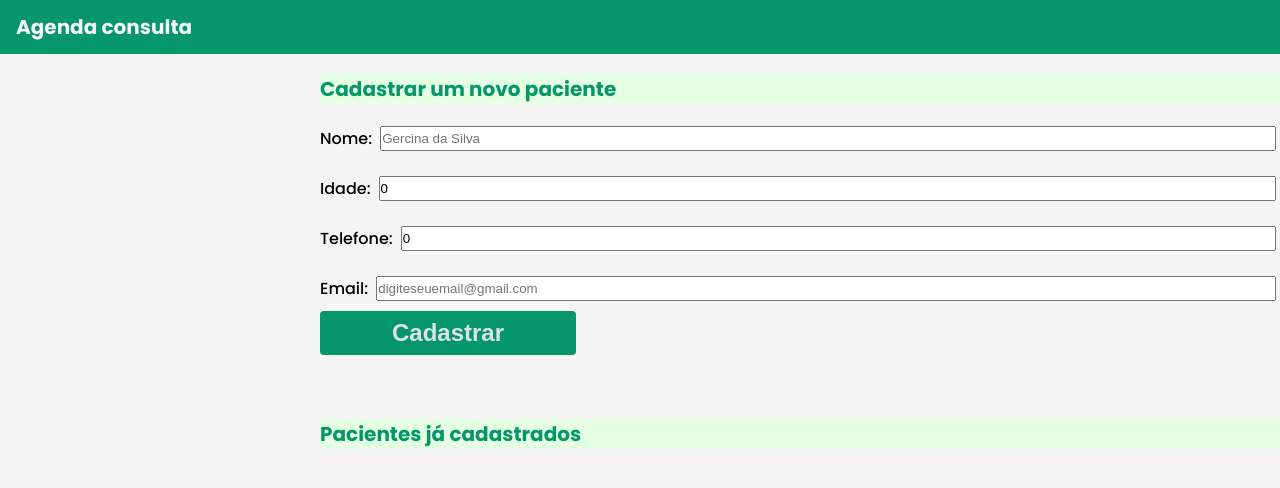
Repository: BarbaraCD/agendaconsulta
Page: /
An editor plug-in stored every save of this project. The page is shown before and after the next save, followed by the edit.
The browser window is 1280 px wide. The pictures show the whole page.
The page's requests for data from a server got no answer. The project was rebuilt for these pictures with package versions that can differ from the ones it lists, and the page was loaded fresh each time. No one was signed in, and anything a server would have sent is missing. Also part of the build but not shown: vite.config.ts, src/styles/StyleList.ts, src/components/Patients.tsx.

Above is the page before, as saved 2023-07-31 09:24:48.

### index.html
<!DOCTYPE html>
<html lang="en">
  <head>
    <meta charset="UTF-8" />
    <link rel="icon" type="image/svg+xml" href="/vite.svg" />
    <meta name="viewport" content="width=device-width, initial-scale=1.0" />

    <link rel="preconnect" href="https://fonts.googleapis.com">
    <link rel="preconnect" href="https://fonts.gstatic.com" crossorigin>
    <link href="https://fonts.googleapis.com/css2?family=Poppins:wght@400;500;700&display=swap" rel="stylesheet">

    <title>Agendamento de Consulta</title>
  </head>
  <body>
    <div id="root"></div>
    <script type="module" src="/src/main.tsx"></script>
  </body>
</html>

### src/main.tsx
import React from 'react'
import ReactDOM from 'react-dom/client'
import App from './App.tsx'
import { ThemeProvider } from 'styled-components'
import { theme } from './styles/Theme.ts'

ReactDOM.createRoot(document.getElementById('root')!).render(
  <React.StrictMode>
    <ThemeProvider theme={theme}>
      <App />
    </ThemeProvider>
  </React.StrictMode>,
)

### src/App.tsx
import './styles/global'
import { Header } from './components/Header'
import GlobalStyle from './styles/global'
import { CreatePatient } from './components/CreatePatient'

function App() {

  return (
    <>
      <GlobalStyle />
      <Header />
      {/* <Sidebar /> */}
      {/* <CreateDoctor/> */}
      <CreatePatient />

    </>
  )
}

export default App

### src/styles/Theme.ts

export const theme = {
  colors: {
    primary: '#059669',
    head: '#059669B3',
    900: '#6A8D73',
    800: '#AFC5A6',
    700: '#F4FDD9',
    100: '#E4FFE1',

    sbcolor: '#DCE2E6',
    gray: '#41414D',
    black: '#000',
    white: '#f5f5f5',
  },

  size: {
    sm: '14px',
    md: '16px',
    lg: '18px',
    xl: '20px',
    xxl: '24px'
  }
}

### src/styles/global.ts
import { createGlobalStyle } from 'styled-components'

export default createGlobalStyle`
  *{
    margin: 0;
    padding: 0;
    box-sizing: border-box;
  }
  body{
    font-family: 'Poppins', sans-serif;
    background: ${(props) => props.theme.colors.white};
    font-size: ${(props) => props.theme.size.xl};
  }
`

### src/components/Header.tsx
import { styled } from "styled-components"

const Container = styled.div`
  background-color: ${(props) => props.theme.colors.primary};
  padding: 12px 16px;
  color: ${(props) => props.theme.colors.white};
  font-weight: 700;
`

export function Header(){
  return (
    <Container>
      Agenda consulta
    </Container>
  )
}

### src/components/CreatePatient.tsx
import { useEffect, useState } from 'react'
import { Patients, PatientsProps } from './Patients'
import { createPatient, getPatient } from '../services/patient.services'
import { InputPatients } from './InputPatient'
import { SubmitButton } from './SubmitButton'
import { Container, Container2, Container3 }  from '../styles/CreateContainer'


export function CreatePatient(){

  const [patients, setPatients] = useState<PatientsProps[]>([])
  const [newPatient, setNewPatient] = useState<PatientsProps>({
    id: 0,
    name: '',
    age: 0,
    telephone: 0,
    email:''
  })

  useEffect(() => {
    fetchPatient().catch((error) => {
      console.error('Error fetching Patients:', error);
    });
  }, []);

  async function fetchPatient() {
    try {
      const response: PatientsProps[] = await getPatient();
      setPatients(response);
    } catch (error) {
      console.error('Error fetching Patients:', error);
    }
  }

  async function createNewPatient(){
    if(
      newPatient?.name.trim() !== '' &&
      typeof newPatient?.age === 'number' && newPatient?.age > 0 &&
      typeof newPatient?.telephone === 'number' && newPatient?.telephone > 0 &&
      newPatient?.email.trim() !== ''
      ){
        try {
          await createPatient(newPatient.name, newPatient.age, newPatient.telephone, newPatient.email);
          await fetchPatient();
            setNewPatient({
              id: 0,
              name: '',
              age: 0,
              telephone: 0,
              email: ''
            })
        console.log("Médico cadastrado com sucesso!")
        } catch(error){
          console.log("Erro ao cadastrar medico:", error)
        }
      } else {
        console.error("Por favor, preencha todos os campos corretamente.")
      }
  }

  return(
    <Container>
      <Container2>
      <h3>Cadastrar um novo paciente</h3>
        <InputPatients
          name={newPatient.name}
          age={newPatient.age}
          telephone={newPatient.telephone}
          email={newPatient.email}
          onNameChange={(value) => setNewPatient({ ...newPatient, name: value })}
          onAgeChange={(value) => setNewPatient({ ...newPatient, age: value })}
          onTelephoneChange={(value) => setNewPatient({ ...newPatient, telephone: value})}
          onEmailChange={(value) =>
            setNewPatient({ ...newPatient, email: value })
          }
        />

          <SubmitButton onClick={createNewPatient}/>
        </Container2>

        <Container3>
          <h3>Pacientes já cadastrados</h3>
          {patients.length > 0 && (
            patients.map((patients) => (
              <Patients
                id={patients.id}
                key={patients.id}
                name={patients.name}
                age={patients.age}
                telephone={patients.telephone}
                email={patients.email}
              />
            ))
          )}
        </Container3>

    </Container>
  )
}

### src/services/patient.services.ts
import axios from 'axios';
import { PatientsProps } from '../components/Patients'
import { api } from './ApiConfig'

export async function getPatient(): Promise<PatientsProps[]> {
  try {
    const response = await axios.get('http://localhost:3333/patient');
    // eslint-disable-next-line @typescript-eslint/no-unsafe-return
    return response.data;
  } catch (error) {
    throw new Error('Erro ao obter dados dos pacientes:');
  }
}

export async function createPatient(name: string, age: number, telephone: number, email: string){
  return api.post('/patient', {
    name,
    age,
    telephone,
    email,
  })
}

### src/components/InputPatient.tsx
import { InputContainer } from '../styles/InputContainer'

interface InputPatientsProps{
  name: string
  age: number
  telephone: number
  email: string
  onNameChange: (value: string) => void
  onAgeChange: (value: number) => void
  onTelephoneChange: (value: number) => void
  onEmailChange: (value: string) => void
}

export function InputPatients(props: InputPatientsProps) {
  return (
    <InputContainer>
        <label>
          <p>Nome:</p>
          <input
            type="text"
            name="nome"
            value={props.name}
            onChange={(event) => props.onNameChange(event.target.value)}
            placeholder='Gercina da Silva'
          />
        </label>
        <br />
        <label>
          <p>Idade:</p>
          <input
            type="text"
            name="idade"
            value={props.age}
            onChange={(event) => props.onAgeChange(Number(event.target.value))}
            placeholder='idade'
          />
        </label>
        <br />
        <label>
          <p>Telefone:</p>
          <input
            type="text"
            name="telefone"
            value={props.telephone}
            onChange={(event) => props.onTelephoneChange(Number(event.target.value))}
          />
        </label>
        <br />
        <label>
          <p>Email:</p>
          <input
            type="text"
            name="email"
            value={props.email}
            onChange={(event) => props.onEmailChange(event.target.value)}
            placeholder='digiteseuemail@gmail.com'
          />
        </label>
    </InputContainer>
  );
}

### src/components/SubmitButton.tsx
import { styled } from "styled-components"

interface SubmitButtonProps {
  onClick: () => void
}

const StyledButton = styled.button`
  padding: 8px;
  width: 20vw;
  margin-left: 500;
  border-radius: 4px;
  color: ${(props) => props.theme.colors.sbcolor};
  border: none;
  background-color: ${(props) => props.theme.colors.primary};
  cursor: pointer;

  p{
    font-size: ${(props) => props.theme.size.xxl};
    font-weight: 700;
  }
`

export function SubmitButton({ onClick }: SubmitButtonProps) {
  return (
    <StyledButton onClick={onClick}>
      <p>
        Cadastrar
      </p>
    </StyledButton>
  )
}

### src/styles/CreateContainer.ts
import styled from "styled-components"

export const Container = styled.div`
  background-color: ${(props) => props.theme.colors.white};
  justify-content: start;
  align-items: center;
`

export const Container2 = styled.div`
  display: flex;
  flex-direction: column;
  margin-left: 320px;
  padding: 20px 0;

  h3{
    font-size: ${(props) => props.theme.size.xl};
    color: ${(props) => props.theme.colors.primary};
    background-color: ${(props) => props.theme.colors[100]};
    margin-bottom: 12px;
  }

`
export const Container3 = styled.div`
  margin-top: 24px;
  flex-direction: column;
  margin-left: 320px;
  padding: 20px 0;

  h3{
    font-size: ${(props) => props.theme.size.xl};
    color: ${(props) => props.theme.colors.primary};
    background-color: ${(props) => props.theme.colors[100]};
    margin-bottom: 12px;
  }
`

### src/services/ApiConfig.ts
import axios from "axios";

export const api = axios.create({
  baseURL: 'http://localhost:3333',
})

### src/styles/InputContainer.ts
import styled from "styled-components"

export const InputContainer = styled.div`

  color: ${(props) => props.theme.colors.black};
  font-size: ${(props) => props.theme.size.md};
  padding: 10px 0;

  h3 {
    background-color: ${(props) => props.theme.colors[100]};
    color: ${(props) => props.theme.colors.primary};
    margin-bottom: 10px;
  }

  label {
    display: flex;
    margin-right: 4px;
  }

  p{
    font-size: ${(props) => props.theme.size.md};
    font-weight: 500;
  }

  input {
    width: 80vw;
    margin-left: 8px;
  }
`

After the next save:
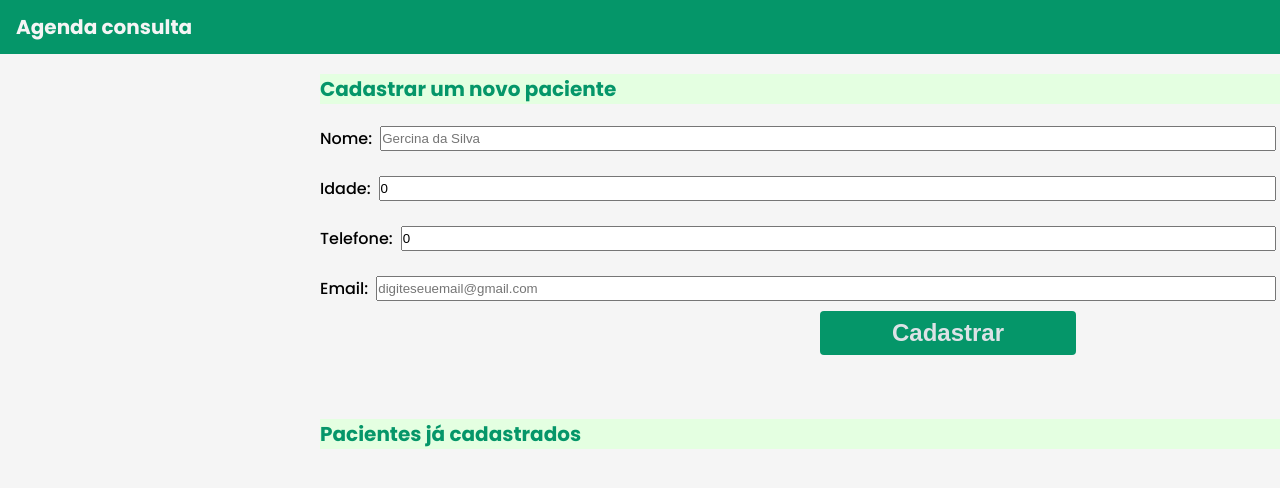
Saved 4 s later.
--- a/src/components/SubmitButton.tsx
+++ b/src/components/SubmitButton.tsx
@@ -7,7 +7,7 @@ interface SubmitButtonProps {
 const StyledButton = styled.button`
   padding: 8px;
   width: 20vw;
-  margin-left: 500;
+  margin-left: 500px;
   border-radius: 4px;
   color: ${(props) => props.theme.colors.sbcolor};
   border: none;
